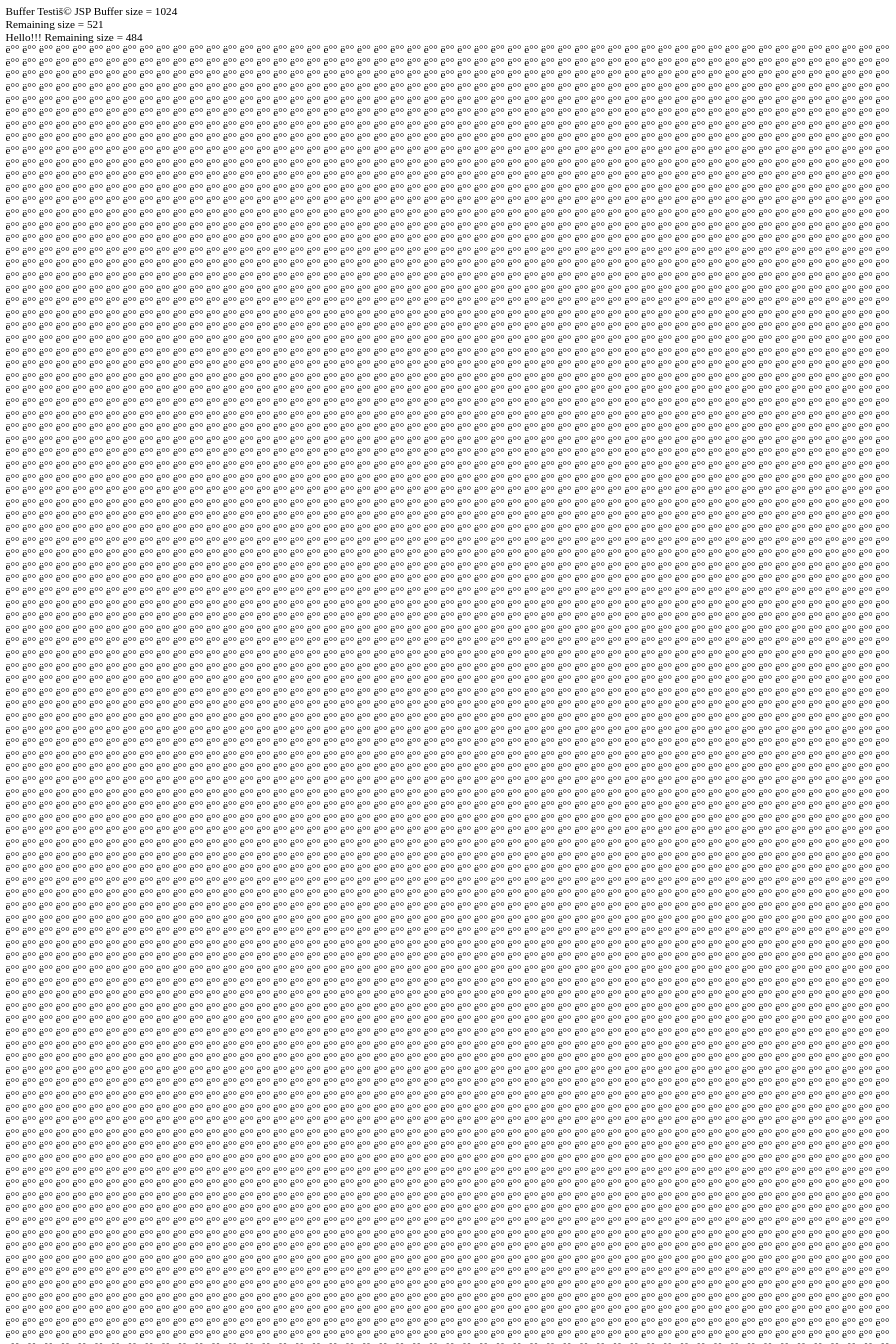
Repository: gitgw016/jsp
Page: http://localhost/07_directive_tag/page_02_buffer_info.jsp
The author's editor kept a copy of each file at every save. The page is drawn from the files as they stood at one save, then again after the next save.
The browser window is 1280 px wide. The pictures show the part of the page from y = 0 to 1920 px (the page is 3490 px tall before and 4102 px after), at 70% of full size.
The page is served by Tomcat 9.

Above is the page before, as saved 2021-12-08 03:30:26.

After the next save:
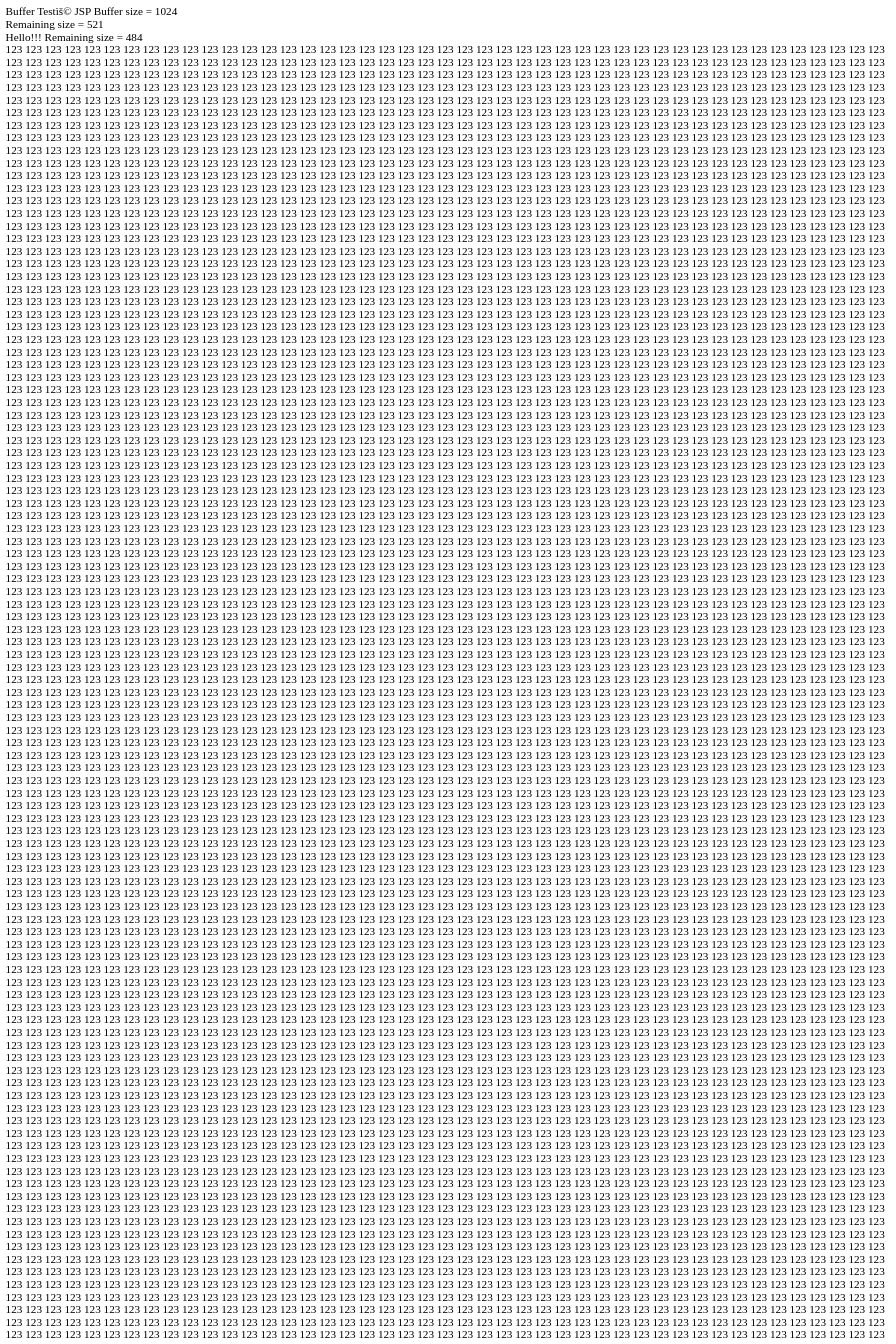
Saved 8 s later.
--- a/07_directive_tag/src/main/webapp/page_02_buffer_info.jsp
+++ b/07_directive_tag/src/main/webapp/page_02_buffer_info.jsp
@@ -19,7 +19,7 @@
 	Remaining size = <%=out.getRemaining() %><br/>
 	<%
 		for(int i=0; i<10000; i++){
-			out.println("배");
+			out.println("123");
 		}
 	%><br/>
 	Remaining size = <%=out.getRemaining() %><br/>
